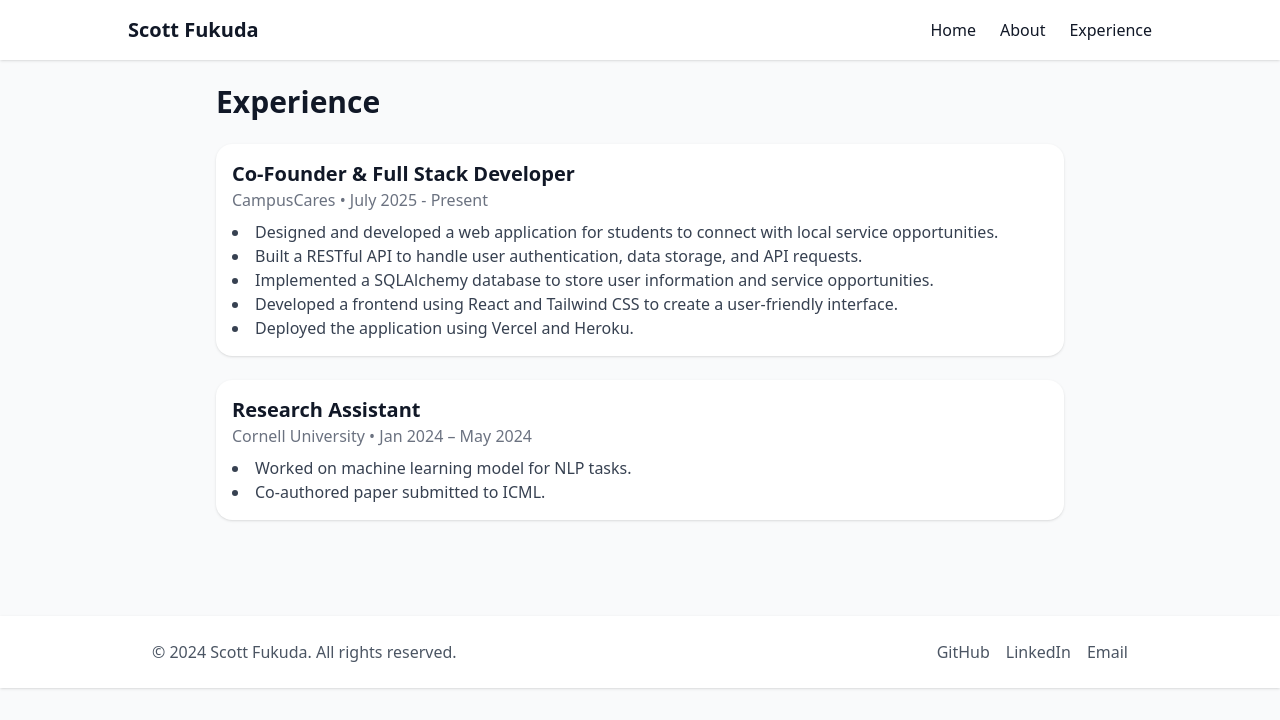
Repository: Scott-Fukuda/personalWebsite
Page: /experience
The author's editor kept a copy of each file at every save. The page is drawn from the files as they stood at one save, then again after the next save.
The browser window is 1280 px wide. The pictures show the whole page.
The project was rebuilt for these pictures with package versions that can differ from the ones it lists, and the page was loaded fresh each time. Also part of the build but not shown: vite.config.js, src/components/ProjectCard.jsx, src/data/projects.jsx, src/pages/Home.jsx, src/pages/About.jsx.

Above is the page before, as saved 2025-08-27 17:11:53.

After the next save:
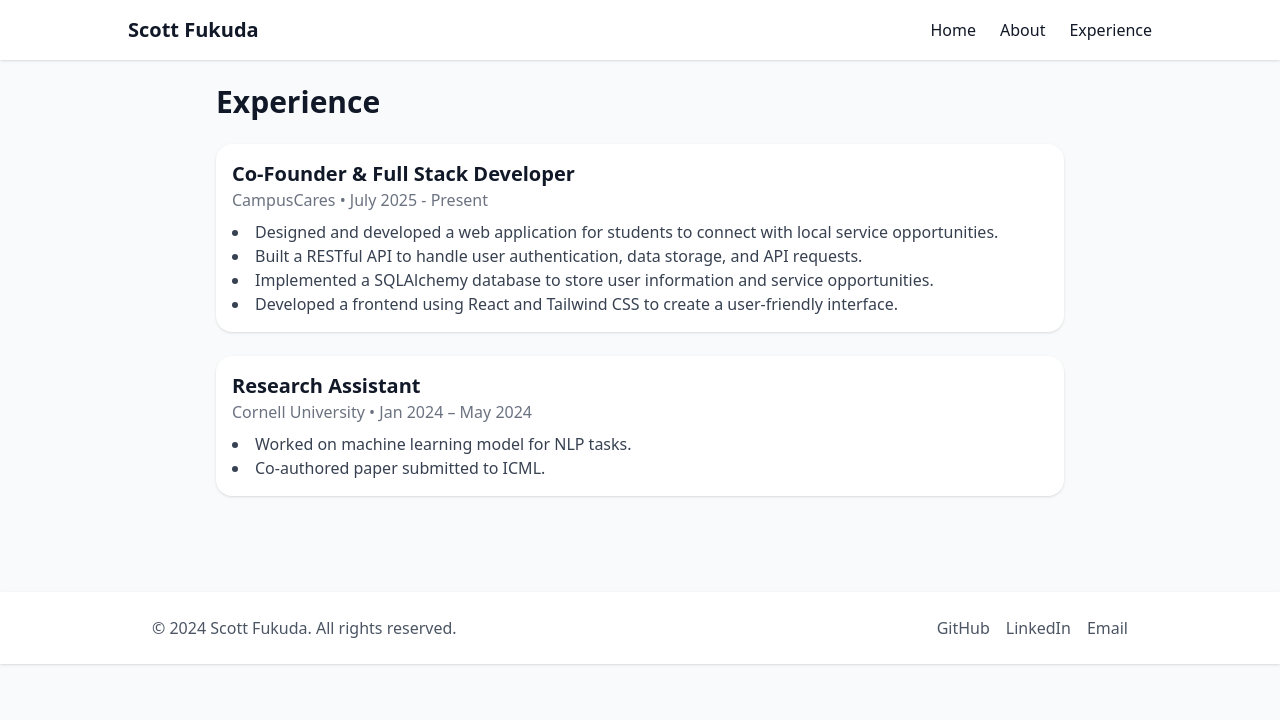
Saved 6 s later.
--- a/src/data/experiences.js
+++ b/src/data/experiences.js
@@ -8,7 +8,6 @@ export const experiences = [
       "Built a RESTful API to handle user authentication, data storage, and API requests.",
       "Implemented a SQLAlchemy database to store user information and service opportunities.",
       "Developed a frontend using React and Tailwind CSS to create a user-friendly interface.",
-      "Deployed the application using Vercel and Heroku.",
     ],
   },
   {
